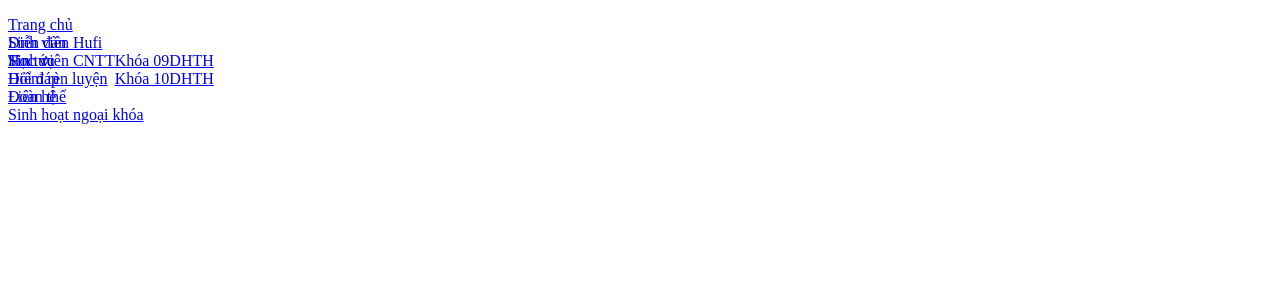
Repository: Tan-Khang21/TH_TKW--Buoi_08
Page: Bai_Tap_Tren_Lop/Bai_02_main/Bai_02_main.html
These files come from the project's save history. The page is drawn as it stood at one moment and after the next save; the edit follows.
The browser window is 1280 px wide. The pictures show the whole page.

Above is the page before, as saved 2024-03-13 16:04:47.

After the next save:
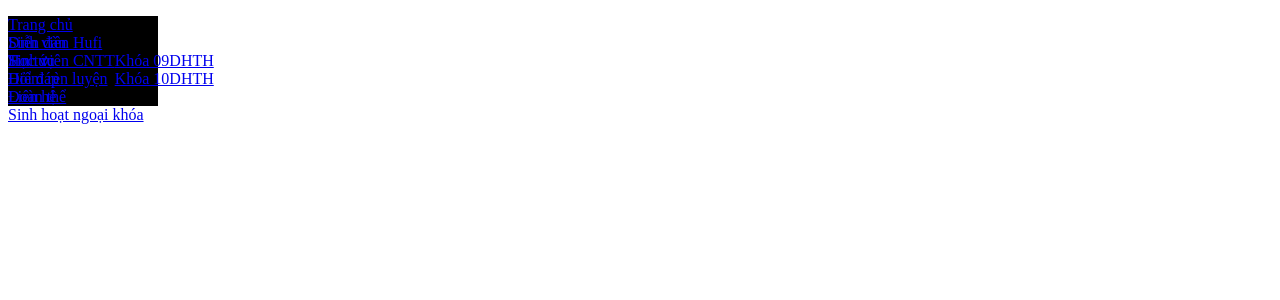
Saved 34 s later.
--- a/Bai_Tap_Tren_Lop/Bai_02_main/style.css
+++ b/Bai_Tap_Tren_Lop/Bai_02_main/style.css
@@ -9,6 +9,9 @@ ul {
   width: 150px;
   height: 250px;
 }
+.list1_item {
+  background-color: black;
+}
 .list2 {
   position: absolute;
 }
